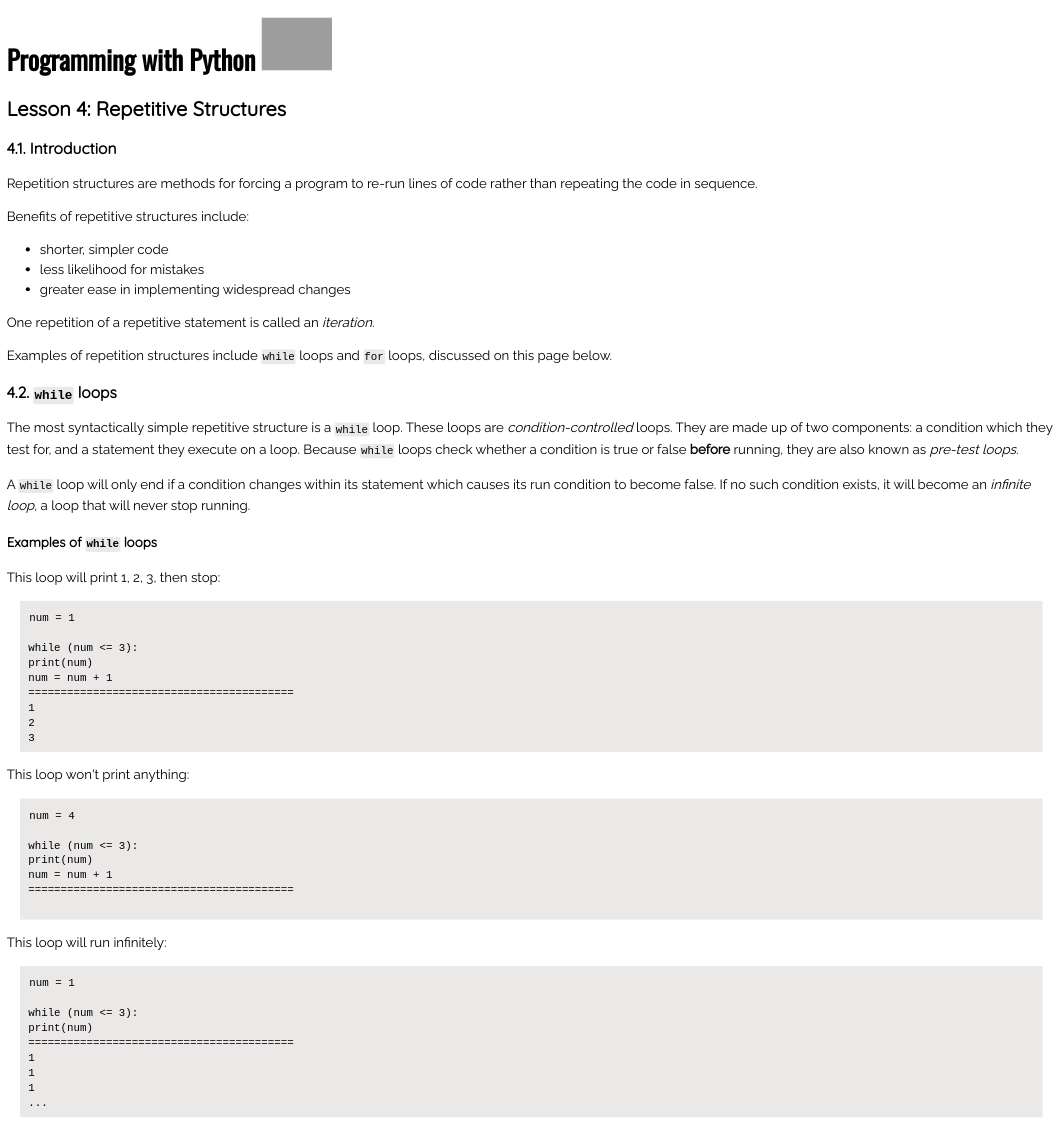
Repository: emnharris/FreeCodeCampChallenges
Page: responsive-web-design/technical-documentation-page/python-tutorial.html
The author's editor kept a copy of each file at every save. The page is drawn from the files as they stood at one save, then again after the next save.
The browser window is 1280 px wide. The pictures show the whole page, at 83% of full size.
Pictures or frames that could not be fetched are drawn as grey boxes.

Above is the page before, as saved 2020-04-16 15:52:39.

After the next save:
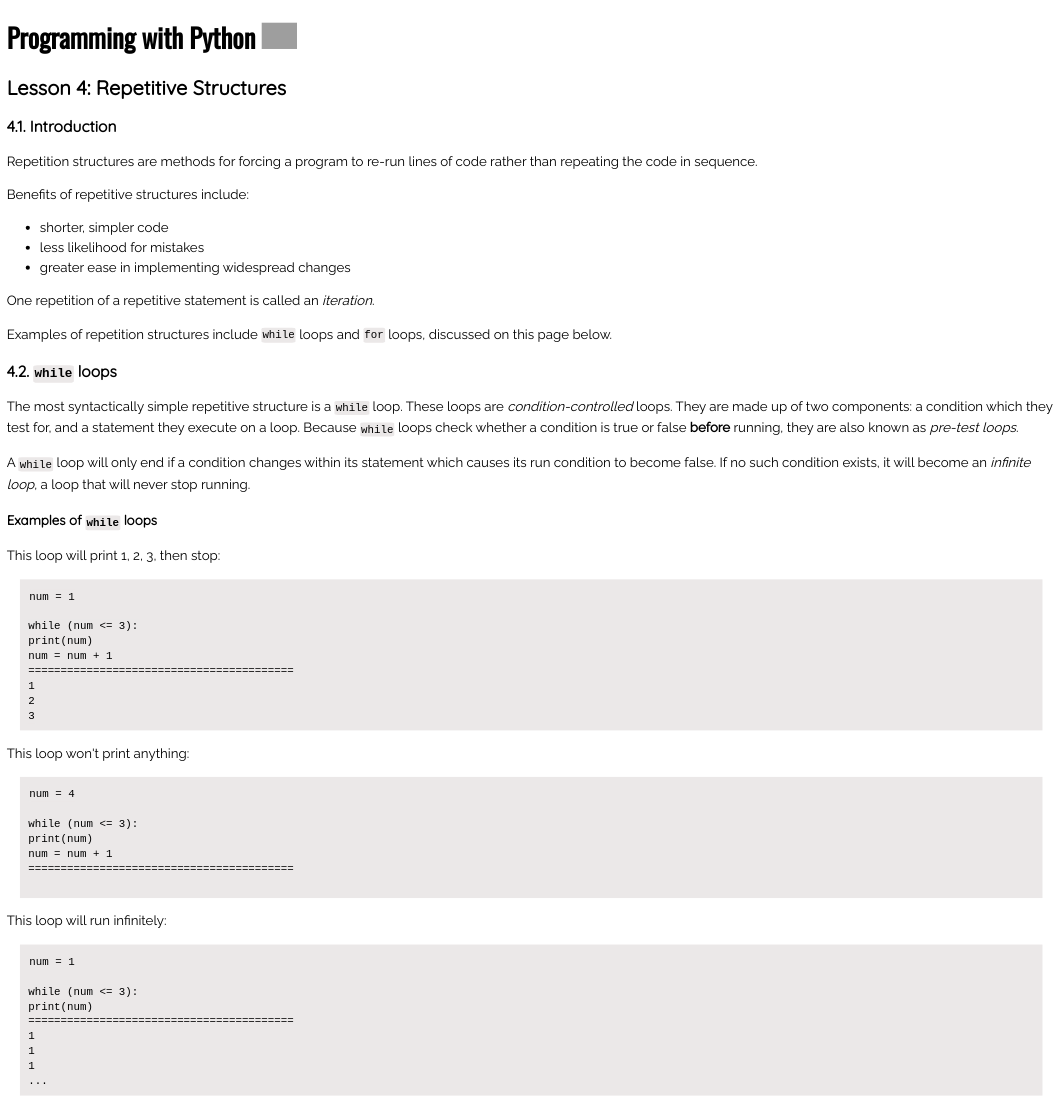
Saved 8 s later.
--- a/responsive-web-design/technical-documentation-page/python-tutorial.css
+++ b/responsive-web-design/technical-documentation-page/python-tutorial.css
@@ -22,6 +22,6 @@ p, li {
 }
 
 #logo {
-    height: 2em;
+    height: 1em;
     width: auto;
 }
